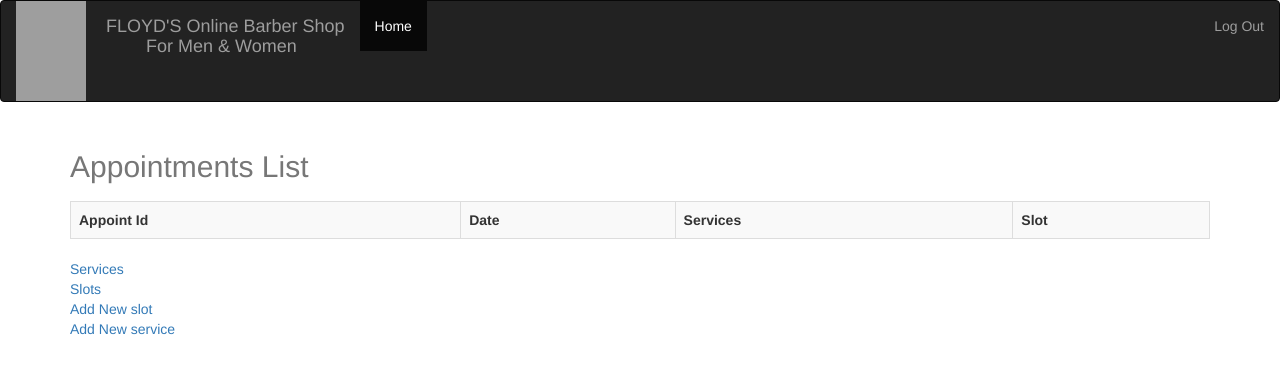
Repository: Mithil-Chavan/OnlineBarbershopManagementSystem
Page: http://localhost/OnlineBarberShop/WEB-INF/views/shopkeeper/appointments.jsp
These files come from the project's save history. The page is drawn as it stood at one moment and after the next save; the edit follows.
The browser window is 1280 px wide. The pictures show the whole page.
The page is served by Tomcat 9. Nobody is signed in. The template is opened directly, without the code that normally fills it, so the values that code supplies are empty.

Above is the page before, as saved 2021-03-24 20:20:57.

After the next save:
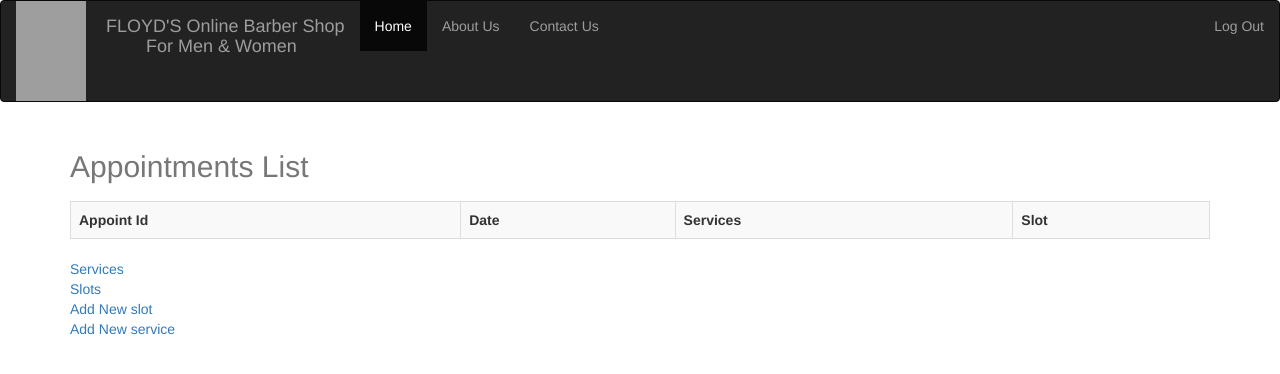
Saved 43 s later.
--- a/OnlineBarberShop/OnlineBarberShop/src/main/webapp/WEB-INF/views/shopkeeper/appointments.jsp
+++ b/OnlineBarberShop/OnlineBarberShop/src/main/webapp/WEB-INF/views/shopkeeper/appointments.jsp
@@ -47,7 +47,8 @@
     </div>
     <ul class="nav navbar-nav">
       <li class="active"><a href="#">Home</a></li>
-
+   <li><a href="/about">About Us</a></li>
+      <li><a href="/contact">Contact Us</a></li>
     </ul>
     <ul class="nav navbar-nav navbar-right">
         <li><a href="<spring:url value='/user/login'/>">Log Out</a></li>
